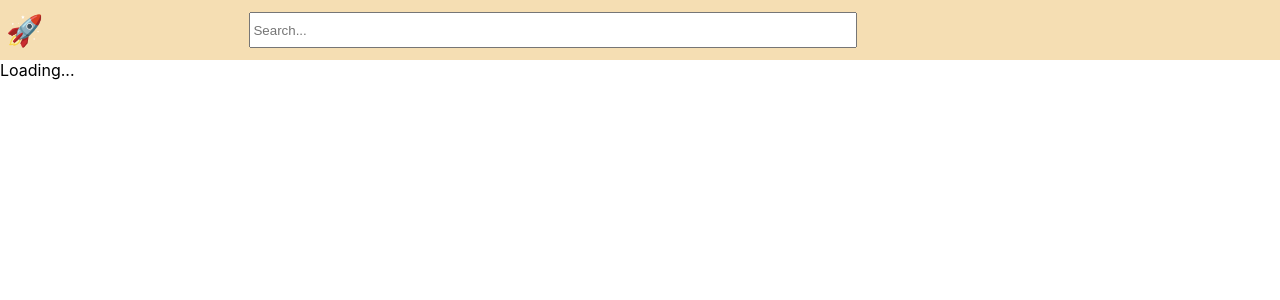
Repository: YEOMJINSEOP/React
Page: / (app in reactube/)
These files come from the project's save history. The page is drawn as it stood at one moment and after the next save; the edit follows.
The browser window is 1280 px wide. The pictures show the whole page.
The page's requests for data from a server got no answer. The project was rebuilt for these pictures with package versions that can differ from the ones it lists, and the page was loaded fresh each time. No one was signed in, and anything a server would have sent is missing. Also part of the build but not shown: reactube/src/app.css, reactube/src/components/videoList/VideoList.module.css, reactube/src/components/videoList/VideoList.jsx.

Above is the page before, as saved 2023-01-17 11:33:05.

### reactube/public/index.html
<!DOCTYPE html>
<html lang="en">
  <head>
    <meta charset="utf-8" />
    <link rel="icon" href="%PUBLIC_URL%/favicon.ico" />
    <meta name="viewport" content="width=device-width, initial-scale=1" />
    <meta name="theme-color" content="#000000" />
    <meta
      name="description"
      content="Web site created using create-react-app"
    />

    <title>Reactube 💠</title>
  </head>
  <body>
    <noscript>You need to enable JavaScript to run this app.</noscript>
    <div id="root"></div>
  </body>
</html>

### reactube/src/App.jsx
import React from 'react';
import './app.css';
import{QueryClient, QueryClientProvider} from '@tanstack/react-query'
import VideoList from './components/videoList/VideoList';
import Header from './components/header/Header';

const queryClient = new QueryClient();
function App() {
  return (
    <QueryClientProvider client={queryClient}>
      <Header/>
      <VideoList/>
    </QueryClientProvider>
  )
}

export default App;

### reactube/src/components/header/Header.jsx
import React from 'react';
import styles from './Header.module.css';

function Header(props) {
  return (
    <div className={styles.header}>
      <button className={styles.logo} type='button'>🚀</button>
      <input className={styles.searchBox} type="text" placeholder='Search...' />
      <button type='submit' className={styles.searchBtn}>🔍</button>
    </div>
  );
}

export default Header;

### reactube/src/components/header/Header.module.css
.header{
  background-color: wheat;
  height: 60px;
  display: flex;
  align-items: center;
}

.logo{
  background-color: transparent;
  outline: none;
  border: none;
  font-size: 30px;
  left: 30px;
}
.searchBox{
  width: 600px;
  height: 30px;
  position: relative;
  left: 200px;
}

.searchBtn{
  background-color: grey;
}

Loaded but not shown: reactube/src/index.js (common file); reactube/src/index.css (common file)

After the next save:
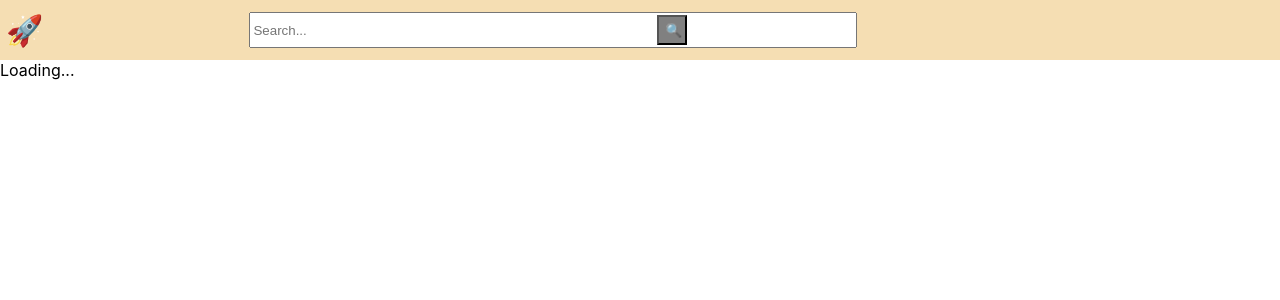
Saved 39 s later.
--- a/reactube/src/components/header/Header.module.css
+++ b/reactube/src/components/header/Header.module.css
@@ -20,5 +20,8 @@
 }
 
 .searchBtn{
+  position: relative;
+  width: 30px;
+  height: 30px;
   background-color: grey;
 }
